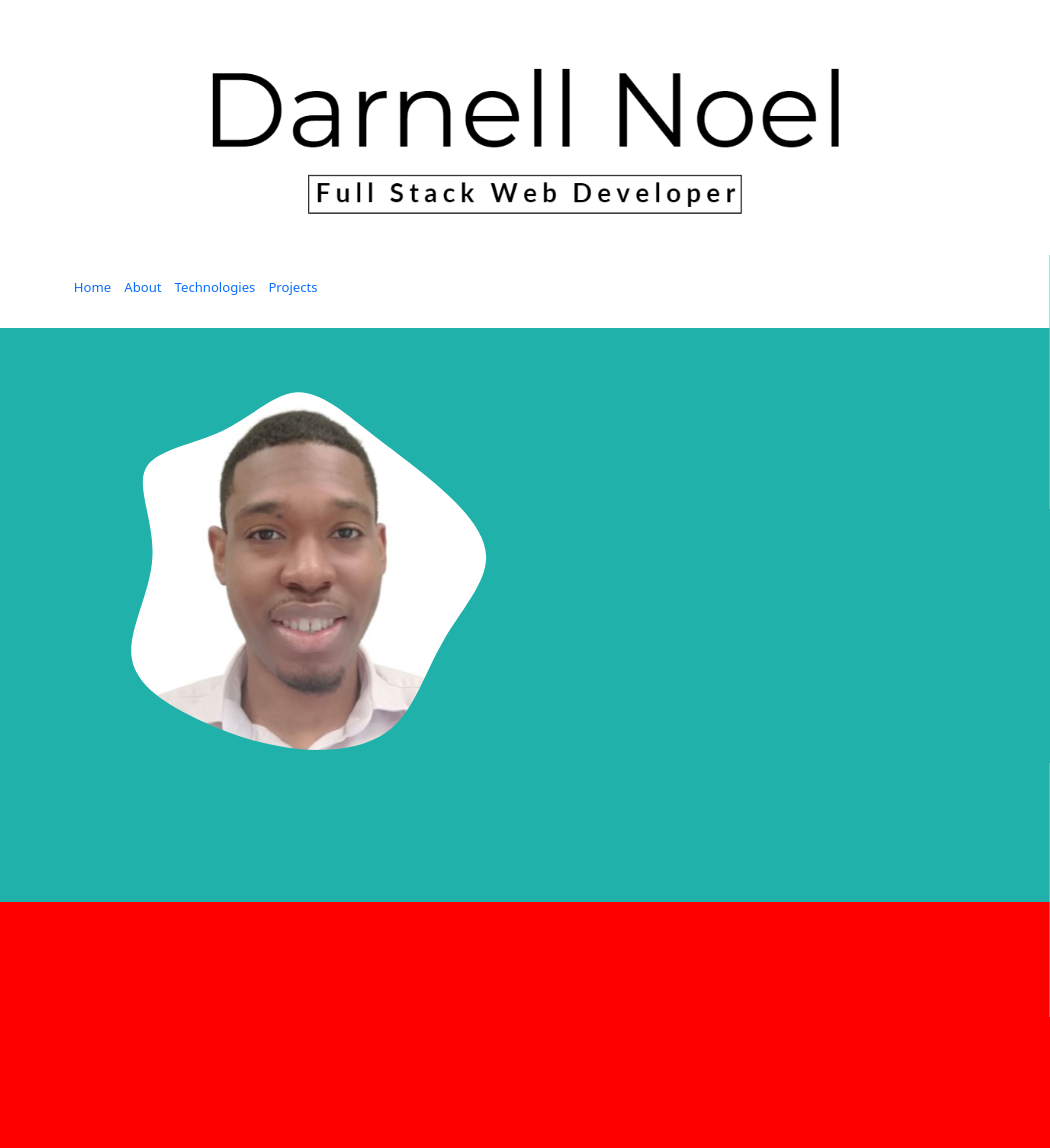
Repository: DNoel26/My_Dev_Portfolio
Page: index.html
The author's editor kept a copy of each file at every save. The page is drawn from the files as they stood at one save, then again after a run of saves.
The browser window is 1280 px wide. The pictures show the whole page, at 82% of full size.

Above is the page before, as saved 2021-01-28 19:00:17.

After the next 3 saves:
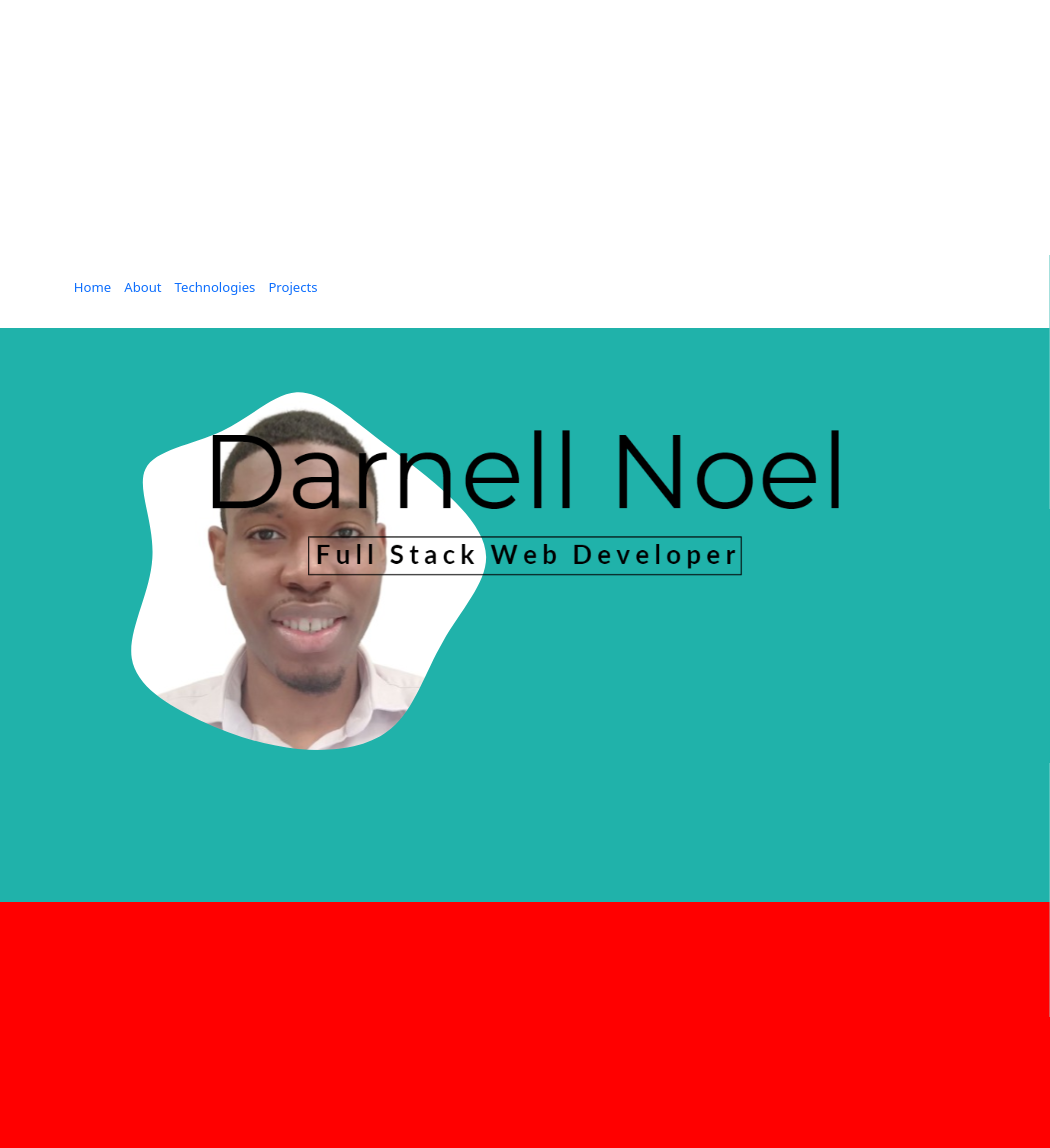
The 3 saves are shown as one change because they came seconds apart.
The last was saved 30 s later.
--- a/css/style.css
+++ b/css/style.css
@@ -18,7 +18,7 @@
 
 .logo {
     padding-top: 50px;
-    display: block;
+    max-height: 100%;
 }
 
 .hero {

After the 2 saves that followed:
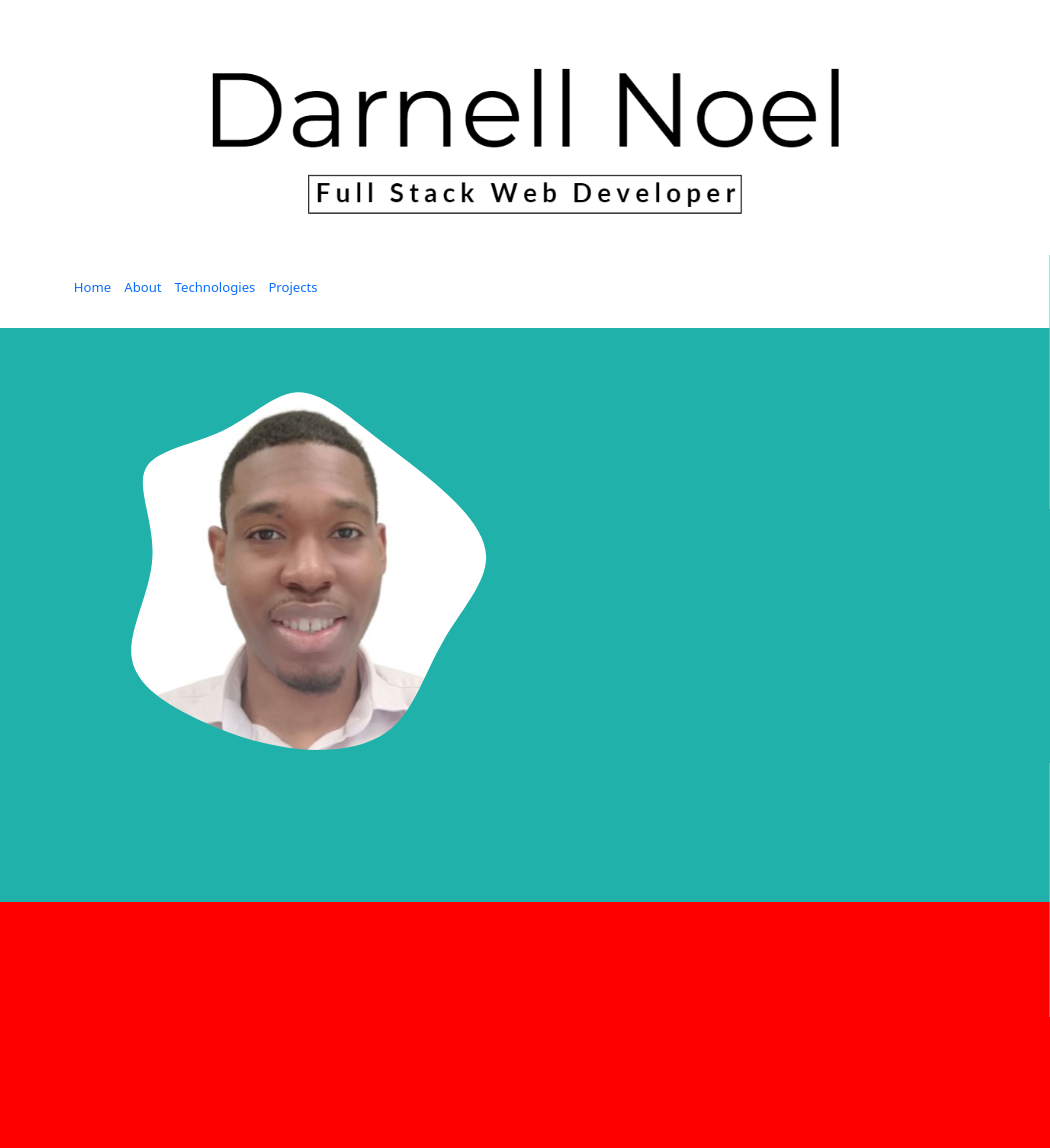
The 2 saves are shown as one change because 1 left the picture as it was.
The last was saved 21 s later.
--- a/css/style.css
+++ b/css/style.css
@@ -18,7 +18,7 @@
 
 .logo {
     padding-top: 50px;
-    max-height: 100%;
+    display: block;
 }
 
 .hero {
